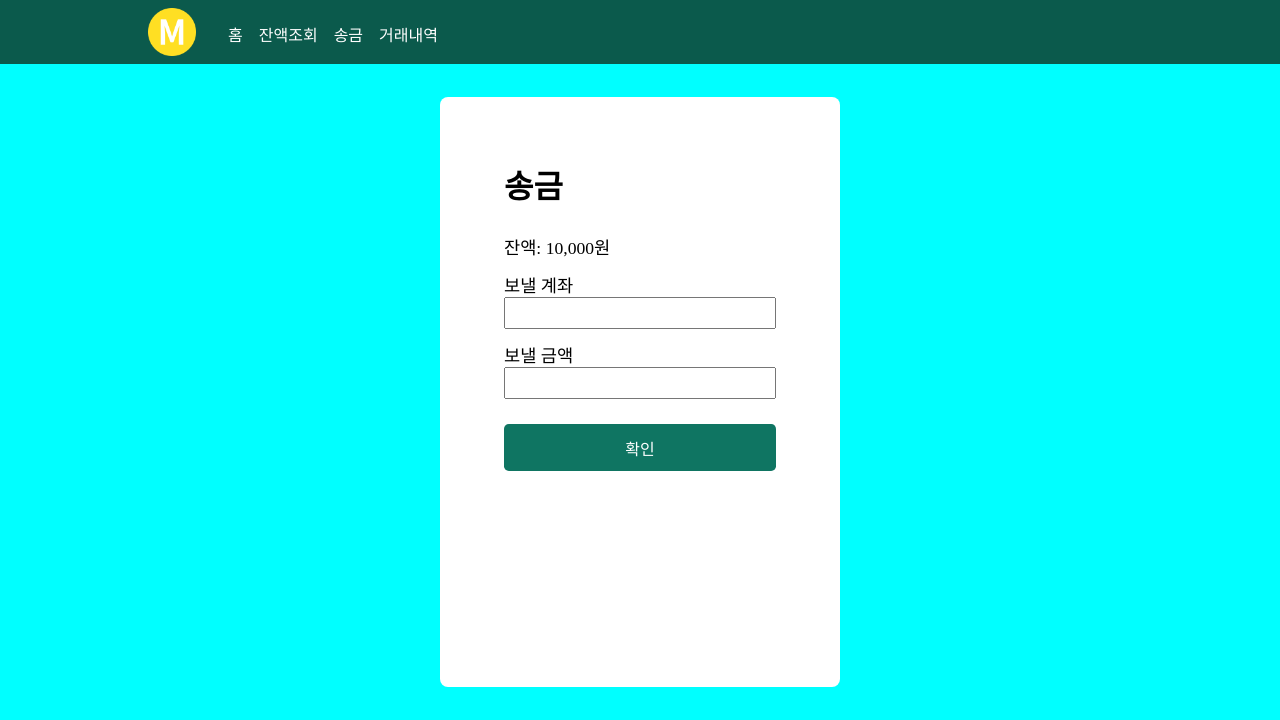
Repository: JiNookk/makaobank
Page: week06/makaoBank/transfer.html
These files come from the project's save history. The page is drawn as it stood at one moment and after the next save; the edit follows.
The browser window is 1280 px wide. The pictures show the whole page.

Above is the page before, as saved 2022-09-13 17:54:26.

### week06/makaoBank/transfer.html
<!DOCTYPE html>
<html lang="ko">
    <head>
        <meta charset="UTF-8">
        <title>마카오 뱅크</title>
        <!-- <link rel="favicon for makaoBank" href="./resources/logo.png"> favicon나중에 넣어보기-->
        <link rel="stylesheet" href="./css/reset.css">
        <link rel="stylesheet" href="./css/layout.css">
        <link rel="stylesheet" href="./css/elements.css">
    </head>
    <body>
        <header>
            <nav id="nav-item-container">
                <a href="./index.html">
                    <img id="home-logo" alt="makaoBank home Button" src="./resources/logo.png">
                </a>
                <a href="./index.html">홈</a>
                <a href="./amount.html">잔액조회</a>
                <a href="./transfer.html">송금</a>
                <a href="./transaction.html">거래내역</a>
                </nav>
        </header>
        <main>
            <section class="content-container">
                <h1>송금</h1>
                <p>
                    잔액: 10,000원
                </p>
                <form action="" method="get">
                    <div>
                        <label for="account"><p>보낼 계좌</p></label>
                        <input type="account" value="">
                    </div>

                    <div>
                        <label for="number"><p>보낼 금액</p></label>
                        <input type="number" value="">
                    </div>

                    <div>
                        <button id="submit-button" type="submit">확인</button>
                    </div>
                </form>
            </section>
        </main>
    </body>
</html>

### week06/makaoBank/css/reset.css
* {
    box-sizing: border-box;
    margin: 0px;
    padding: 0px;
}

### week06/makaoBank/css/layout.css
html{
    width: 100%;
    height: 100%;
}

body{
    display: grid;
    grid: 4rem 1fr 18fr 1fr / 1fr 500px 500px 1fr;

    grid-template-areas:
    "header header header header"
    ". . . ."
    ". main main ."
    ". . . .";

    color: white;
    background-color: aqua;

    width: 100%;
    height: 100%;
}

#home-contents-container{
    grid: 4rem 1fr 300px 1fr / 1fr 500px 500px 1fr;
    grid-template-areas:
    "header header header header"
    ". . . ."
    ". main main ."
    ". . . .";
}

header{
    grid-column-start: span 4;
    grid-area:header;

    display: grid;
    grid-template-columns: 1fr 500px 500px 1fr;

    height: 4rem;
    background-color: rgb(11,90,76);
}

nav{
    grid-column-start: 2;
    grid-row-start: 1;
}

nav *{
    margin-right: 1rem;
}

main{
    display: flex;
    justify-content: center;
    grid-area: main;
}

aside{
    grid-area: aside;
}

### week06/makaoBank/css/elements.css
/* aside>div{
    background-image: url("../resources/saving.png");
    width: 100%;
    height: 100%;
} */

h1{
    font-size: 2rem;
}

a{
    color: white;
    text-decoration: none;
}

p{
    font-size: 1.1rem;

    margin-bottom: .8rem;
}

#nav-item-container{
    display: flex;

    align-items: center;

    padding: .5rem;
}

#home-items-container{
    display: flex;
}

#home-logo{
    height: 3rem;
}

#home-description{
    font-size: 1.8rem;

    display: flex;
    flex-direction: column;
    align-items: center;

    width: 500px;
}

#home-description button{
    font-size: .6rem;

    justify-self: center;
    margin: .3rem;
    margin-top: 3rem;

    background-color: rgb(11,90,76);
    color: white;

    width: 160px;
    height: 65px;

    border-radius: 2.3rem;
}

#saving-image{
    width: 72vh;
    height: 40vh;
}

.content-container{
    padding: 4rem;

    width: 40%;
    height: 100%;

    border-radius: .5rem;

    background-color: white;
}

.content-container *{
    color: black;
}

.content-container h1{
    margin-bottom: 1.7rem;
}

form p{
    margin-bottom: 0;
}

input{
    margin-bottom: .8rem;

    width: 100%;
    height: 2rem;

    /* border: rgb(109, 108, 108); */
}
#submit-button{
    font-size: 1rem;

    margin-top: .8em;

    padding: 0.6em;

    border-radius: .3em;
    border-color: transparent;

    width: 100%;

    background-color: rgb(15,117,98);
    color: white;
}

After the next save:
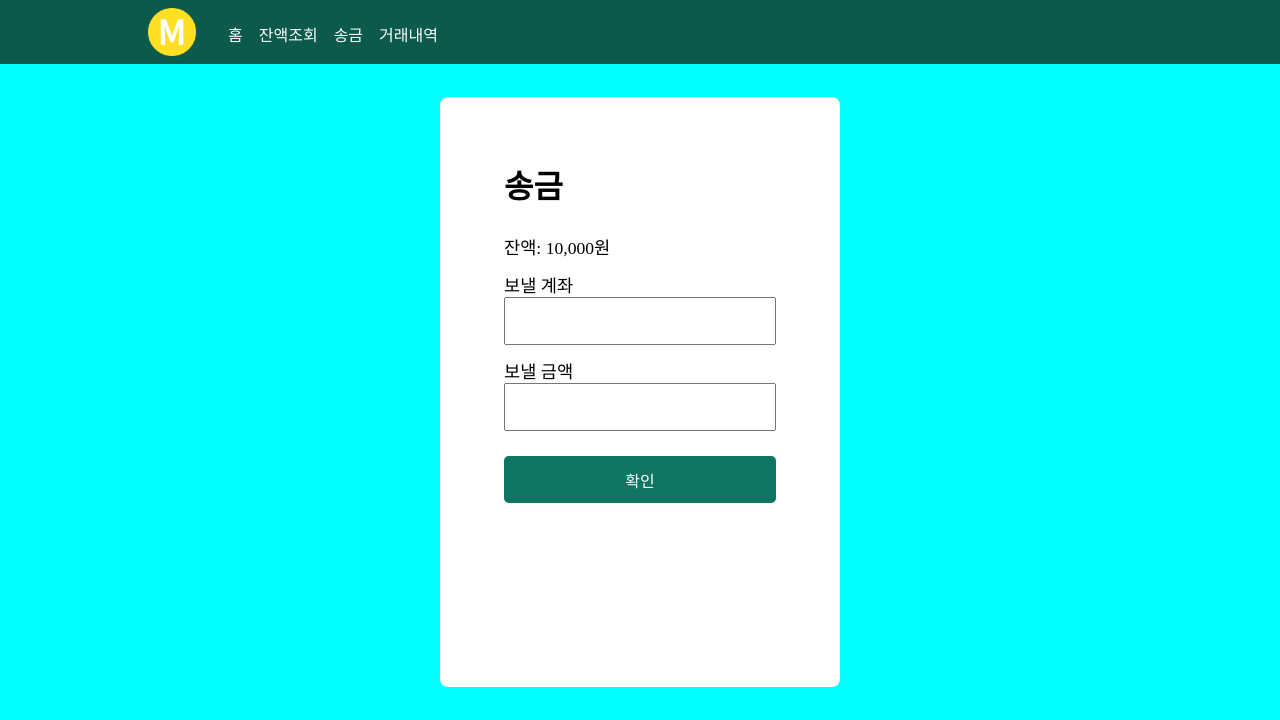
Saved 35 s later.
--- a/week06/makaoBank/css/elements.css
+++ b/week06/makaoBank/css/elements.css
@@ -93,7 +93,7 @@ input{
     margin-bottom: .8rem;
 
     width: 100%;
-    height: 2rem;
+    height: 3rem;
 
     /* border: rgb(109, 108, 108); */
 }
